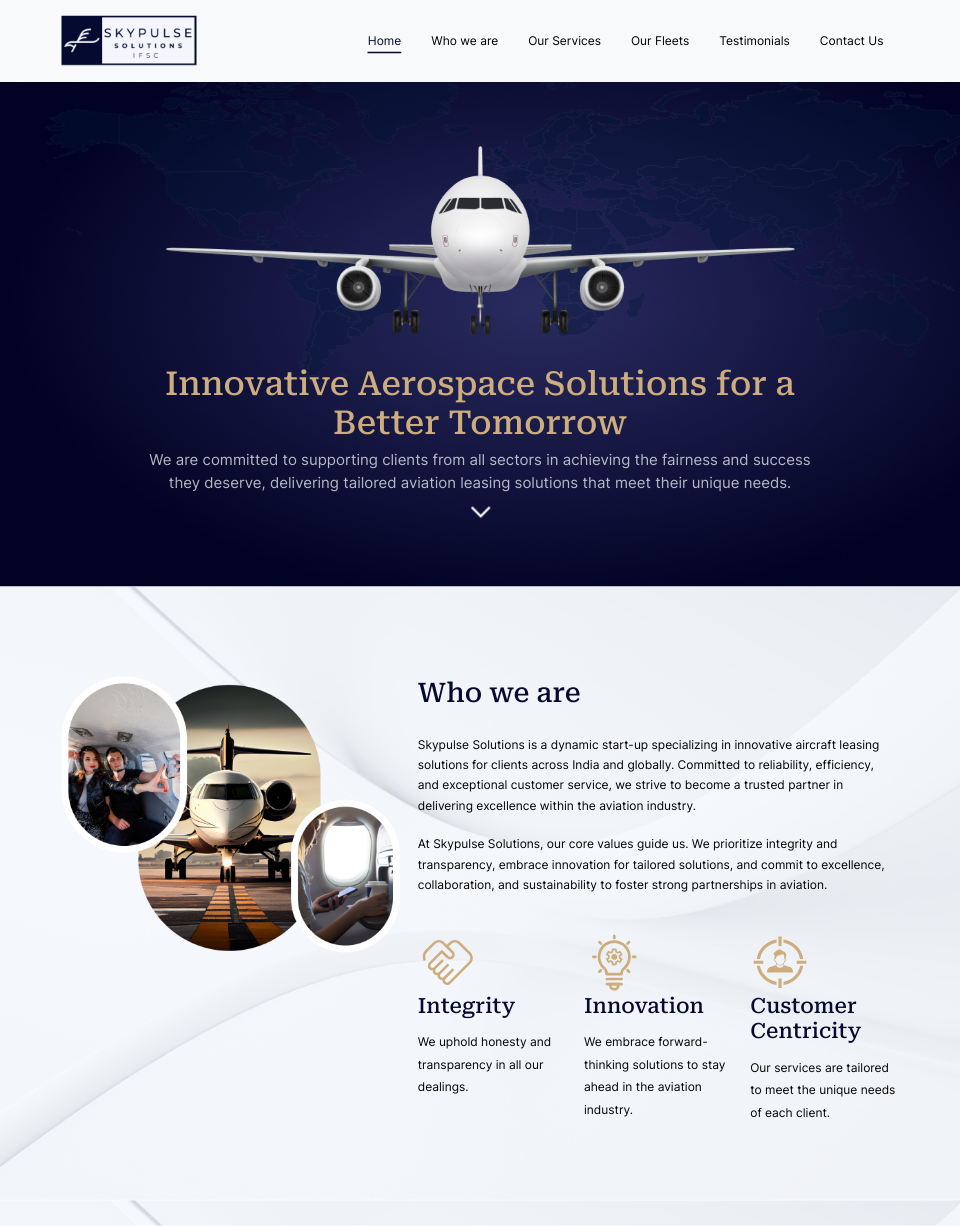
Repository: mangalravi/SkyPulse
Page: index.html
These files come from the project's save history. The page is drawn as it stood at one moment and after a run of saves; the edit follows.
The browser window is 1280 px wide. The pictures show the whole page, at 75% of full size.

Above is the page before, as saved 2024-12-30 10:33:51.

### index.html
<!DOCTYPE html>
<html lang="en">
  <head>
    <meta charset="UTF-8" />
    <meta name="viewport" content="width=device-width, initial-scale=1.0" />
    <title>SkyPluse</title>
    <link rel="icon" href="content/images/favicon.png" type="image/x-icon" />
    <link
      rel="stylesheet"
      type="text/css"
      href="content/bootstrap/css/bootstrap.min.css"
    />
    <link rel="stylesheet" type="text/css" href="content/css/font-family.css" />
    <link rel="stylesheet" type="text/css" href="content/css/Icon.css" />
    <link
      rel="stylesheet"
      type="text/css"
      href="content/lib/slick/css/slick.min.css"
    />
    <link rel="stylesheet" type="text/css" href="content/css/custom.css" />
  </head>
  <body>
    <header class="nvbrhdr position-fixed w-100">

      <nav class="navbar navbar-expand-lg bg-body-tertiary p-0">
        <div class="container-fluid container-lg">
          <a class="navbar-brand m-0 p-0" href="#">
            <img src="content/images/logo.png" alt="logo">
          </a>
          <button class="navbar-toggler" type="button" data-bs-toggle="collapse" data-bs-target="#navbarSupportedContent" aria-controls="navbarSupportedContent" aria-expanded="false" aria-label="Toggle navigation">
            <span class="navbar-toggler-icon"></span>
          </button>
          <div class="collapse navbar-collapse" id="navbarSupportedContent">
            <ul class="navbar-nav ms-auto mb-2 mb-lg-0">
              <li class="nav-item">
                <a class="nav-link active ps-0" aria-current="page" href="#">Home</a>
              </li>
              <li class="nav-item">
                <a class="nav-link" href="#">Who we are</a>
              </li>

              <li class="nav-item">
                <a class="nav-link" href="#">Our Services</a>
              </li>
              <li class="nav-item">
                <a class="nav-link" href="#">Our Fleets</a>
              </li>
              <li class="nav-item">
                <a class="nav-link" href="#">Testimonials</a>
              </li>

              <li class="nav-item">
                <a class="nav-link pe-0" href="#">Contact Us</a>
              </li>
            </ul>

          </div>
        </div>
      </nav>

    </header>
   <section class="top-banner" style="background:url(content/images/banner-bg.png)">
    <div class="container">
      <div class="row justify-content-center">
        <div class="col-md-10">
          <div class="topcntnt text-center">
            <img src="content/images/airplane.png" alt="airplane">
            <h1 class="mb-2 fw-medium">Innovative Aerospace Solutions for a Better Tomorrow</h1>
            <p class="mb-2">We are committed to supporting clients from all sectors in achieving the fairness and success they deserve, delivering tailored aviation leasing solutions that meet their unique needs.</p>
            <span class="material-symbols-outlined">  arrow_forward_ios </span>
          </div>
        </div>
      </div>
    </div>
   </section>
   <section class="who-we-are" style="background:url(content/images/who-we-are-bg.jpg)">
    <div class="container">
      <div class="row justify-content-center gx-4">
        <div class="col-md-5">
<img src="content/images/who-we-are.png" alt="who">
          </div>
        <div class="col-md-7">
<h2 class="sec-head ">Who we are</h2>
<p class="sec-para mb-4">Skypulse Solutions is a
  dynamic start-up specializing in innovative aircraft leasing solutions
   for clients across India
  and globally.  Committed
   to reliability, efficiency, and exceptional
   customer service, we
   strive to become a
   trusted partner in
   delivering excellence
   within the aviation industry.</p>
   <p class="sec-para mb50">
    At Skypulse Solutions, our core values guide us. We prioritize integrity and transparency, embrace innovation for tailored solutions, and commit to excellence, collaboration, and sustainability to foster strong partnerships in aviation.
   </p>
   <div class="row">
    <div class="col-md-4">
      <img src="content/images/integrity.svg" alt="integrity">
      <h3>Integrity</h3>
      <p>We uphold honesty and transparency in all our dealings.</p>
    </div>
    <div class="col-md-4">
      <img src="content/images/innovation.svg" alt="innovation">
      <h3>Innovation</h3>
      <p>We embrace forward-thinking solutions to stay ahead in the aviation industry.</p>
    </div>
    <div class="col-md-4">
      <img src="content/images/customer-centricity.svg" alt="customer-centricity">
      <h3>Customer Centricity</h3>
      <p>Our services are tailored to meet the unique needs of each client.</p>
    </div>
   </div>
          </div>
          </div>
          </div>
          </div>
    <script src="content/js/jquery.min.js"></script>
  <script src="content/bootstrap/js/bootstrap.bundle.min.js"></script>
    <script src="content/lib/slick/js/slick.min.js"></script>
    <script src="content/js/custom.js"></script>
  </body>
</html>

### content/css/font-family.css
/* Inter Family */

@font-face {
  font-family: "Inter";
  font-style: normal;
  font-weight: 400;
  src: url("../fonts/Inter/Inter-Regular.ttf") format("truetype");
  font-display: swap;
}

@font-face {
  font-family: "Inter";
  font-style: normal;
  font-weight: 500;
  src: url("../fonts/Inter/Inter-Medium.ttf") format("truetype");
  font-display: swap;
}

/* Roboto Serif Family */

@font-face {
  font-family: "RobotoSerif";
  font-style: normal;
  font-weight: 400;
  src: url("../fonts/Roboto-Serif/RobotoSerif-Regular.ttf") format("truetype");
  font-display: swap;
}

@font-face {
  font-family: "RobotoSerif";
  font-style: normal;
  font-weight: 500;
  src: url("../fonts/Roboto-Serif/RobotoSerif-Medium.ttf") format("truetype");
  font-display: swap;
}

### content/css/Icon.css
/* fallback */
@font-face {
    font-family: 'Material Icons';
    font-style: normal;
    font-weight: 300;
    src: url(../fonts/icon.woff2) format('woff2');
  }
  /* fallback */
  @font-face {
    font-family: 'Material Icons Outlined';
    font-style: normal;
    font-weight: 300;
    src: url(../fonts/icon-outline.woff2) format('woff2');
  }
  @font-face {
    font-family: 'Material Symbols Outlined';
    font-style: normal;
    font-weight: 300;
    src: url(../fonts/icon-symbol-outline.woff2) format('woff2');
  }

  .material-icons {
    font-family: 'Material Icons';
    font-weight: normal;
    font-style: normal;
    font-size: 24px;
    line-height: 1;
    letter-spacing: normal;
    text-transform: none;
    display: inline-block;
    white-space: nowrap;
    word-wrap: normal;
    direction: ltr;
    -webkit-font-feature-settings: 'liga';
    -webkit-font-smoothing: antialiased;
  }

  .material-icons-outlined {
    font-family: 'Material Icons Outlined';
    font-weight: normal;
    font-style: normal;
    font-size: 24px;
    line-height: 1;
    letter-spacing: normal;
    text-transform: none;
    display: inline-block;
    white-space: nowrap;
    word-wrap: normal;
    direction: ltr;
    -webkit-font-feature-settings: 'liga';
    -webkit-font-smoothing: antialiased;
  }
 /* Fallback */


.material-symbols-outlined {
  font-family: 'Material Symbols Outlined';
  font-weight: normal;
  font-style: normal;
  font-size: 24px;
  line-height: 1;
  letter-spacing: normal;
  text-transform: none;
  display: inline-block;
  white-space: nowrap;
  word-wrap: normal;
  direction: ltr;
  -webkit-font-feature-settings: 'liga';
  -webkit-font-smoothing: antialiased;
}

### content/lib/slick/css/slick.min.css
/**
 * Minified by jsDelivr using clean-css v4.2.0.
 * Original file: /npm/slick-carousel@1.8.1/slick/slick.css
 *
 * Do NOT use SRI with dynamically generated files! More information: https://www.jsdelivr.com/using-sri-with-dynamic-files
 */
 .slick-slider{position:relative;display:block;box-sizing:border-box;-webkit-user-select:none;-moz-user-select:none;-ms-user-select:none;user-select:none;-webkit-touch-callout:none;-khtml-user-select:none;-ms-touch-action:pan-y;touch-action:pan-y;-webkit-tap-highlight-color:transparent}.slick-list{position:relative;display:block;overflow:hidden;margin:0;padding:0}.slick-list:focus{outline:0}.slick-list.dragging{cursor:pointer;cursor:hand}.slick-slider .slick-list,.slick-slider .slick-track{-webkit-transform:translate3d(0,0,0);-moz-transform:translate3d(0,0,0);-ms-transform:translate3d(0,0,0);-o-transform:translate3d(0,0,0);transform:translate3d(0,0,0)}.slick-track{position:relative;top:0;left:0;display:block;margin-left:auto;margin-right:auto}.slick-track:after,.slick-track:before{display:table;content:''}.slick-track:after{clear:both}.slick-loading .slick-track{visibility:hidden}.slick-slide{display:none;float:left;height:100%;min-height:1px}[dir=rtl] .slick-slide{float:right}.slick-slide img{display:block}.slick-slide.slick-loading img{display:none}.slick-slide.dragging img{pointer-events:none}.slick-initialized .slick-slide{display:block}.slick-loading .slick-slide{visibility:hidden}.slick-vertical .slick-slide{display:block;height:auto;border:1px solid transparent}.slick-arrow.slick-hidden{display:none}
 /*# sourceMappingURL=/sm/fb3ed351cd5c0f1f30f88778ee1f9b056598e6d25ac4fdcab1eebcd8be521cd9.map */

### content/css/custom.css
:root {
  --bs-primary-color: #050A30;
  --bs-secondary-color: #030303;
  --bs-gold-color: #CDAD7D;
  --bs-heading-font-family: 'RobotoSerif', serif;
  --bs-body-font-family: 'Inter', sans-serif;
}

  section {
    padding: 120px 0;
  }
  p {
    color:var(--bs-secondary-color);
    line-height: 1.875rem;
    font-weight: 400;
  }
  a {
    text-decoration: none;
  }
  h1,h2,h3,h4,h5,h6 {
    font-family: var(--bs-heading-font-family);
    font-weight: 500;
    margin-bottom: 1rem;
    color:var(--bs-primary-color);
  }
  .material-symbols-outlined {
    font-weight: bold;
    font-size:1.25rem;
    transition:all 0.7s;
  }
  img {
    max-width: 100%;
  }
  body{
    padding:0 ;
  }
 .navbar{
background: #FFFFFFF2;
 }
 .navbar-expand-lg .navbar-nav .nav-link {
padding: 2.781rem 0;
margin:0 1.25rem;
color:#000000;
line-height: 1.25rem;
position: relative;
 }
 .navbar-expand-lg .navbar-nav .nav-link.active {
  color: var(--bs-primary-color);
 }
 .navbar-expand-lg .navbar-nav .nav-link::before{
  position: absolute;
  content: "";
  background: transparent;
  width: 100%;
  height: 2px;
  left: 0;
  top: 63%;
 }
 .navbar-expand-lg .navbar-nav .nav-link.active::before,
  .navbar-expand-lg .navbar-nav .nav-link:hover::before {
background:var(--bs-primary-color);
 }

/* top-banner */
.top-banner{
  padding-top: 195px;
   padding-bottom: 78px;
background-size:cover;
background-position:center;
 }
.top-banner .topcntnt img{
margin-bottom: 2.5rem;
 }
.top-banner .topcntnt h1{
color:#CDAD7D;
font-size:2.75rem;
line-height: 51.52px;
letter-spacing: 1.5%;
 }
.top-banner .topcntnt p{
font-size:1.25rem;
line-height: 1.875rem;
color:#fff;
opacity: 0.7;
 }
.top-banner .topcntnt span{
  font-size: 2rem;
  transform: rotate(90deg);
  color: #fff;
}
.sec-head{
  font-size: 2.25rem;
  line-height: 45px;
}
.who-we-are .sec-head{
  margin-bottom: 2rem;
}
.gold{
  color:#CDAD7D;
}
.sec-para{
  color:#030303;
  line-height: 27.2px;
}
.mb50{
  margin-bottom: 50px;
}
.mb20{
  margin-bottom: 1.25rem;
}

### content/js/custom.js
$(window).scroll(function () {
  $(this).scrollTop() >= 250
    ? $(".nvbrhdr").addClass("bg-white")
    : $(".nvbrhdr").removeClass("bg-white");
})

Loaded but not shown: content/bootstrap/css/bootstrap.min.css (library); content/js/jquery.min.js (library); content/bootstrap/js/bootstrap.bundle.min.js (library); content/lib/slick/js/slick.min.js (library)

After the next 2 saves:
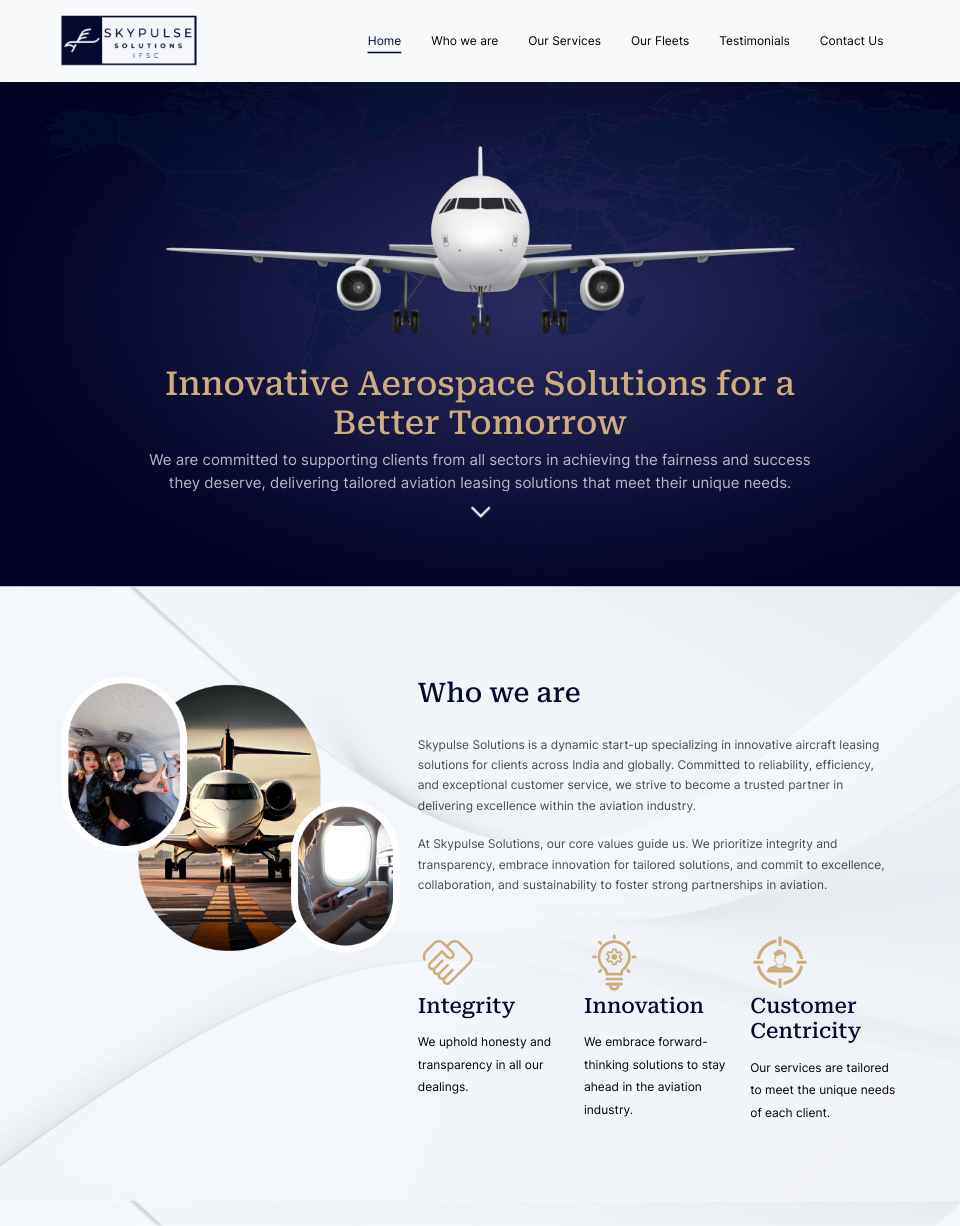
The 2 saves are shown as one change because they came seconds apart.
The last was saved 4 min 31 s later.
--- a/content/css/custom.css
+++ b/content/css/custom.css
@@ -101,6 +101,7 @@ opacity: 0.7;
 .sec-para{
   color:#030303;
   line-height: 27.2px;
+  opacity: 0.7;
 }
 .mb50{
   margin-bottom: 50px;
